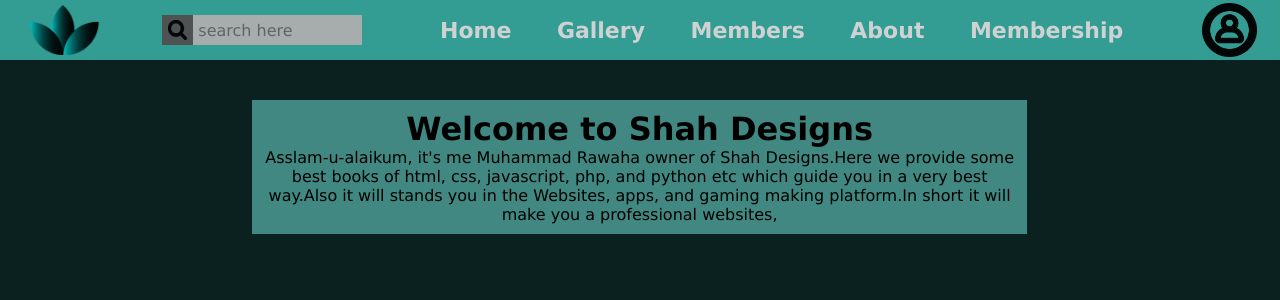
Repository: RawahaMR11/my_assignments
Page: rawaha computer/Shah Designs web/Shah home page.html
The author's editor kept a copy of each file at every save. The page is drawn from the files as they stood at one save, then again after the next save.
The browser window is 1280 px wide. The pictures show the whole page.

Above is the page before, as saved 2024-12-13 07:30:43.

After the next save:
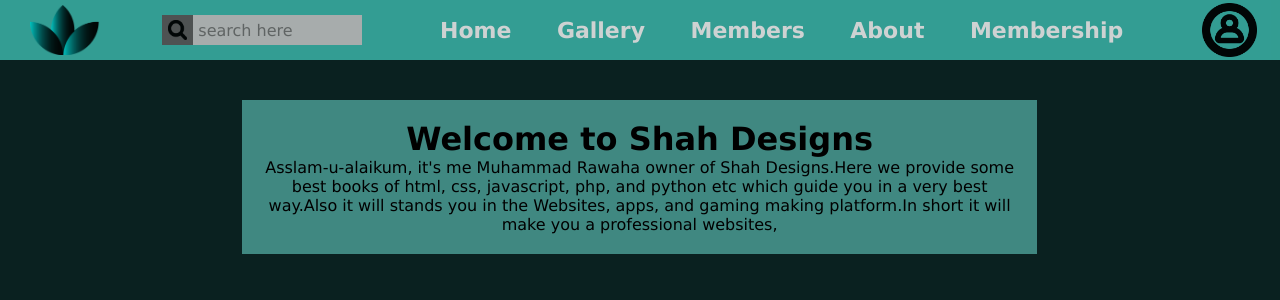
Saved 11 s later.
--- a/rawaha computer/Shah Designs web/Shah home page.css
+++ b/rawaha computer/Shah Designs web/Shah home page.css
@@ -171,7 +171,7 @@ header {
       font-family: Verdana, Geneva, Tahoma, sans-serif;
       font-size: 16px;
       background-color: rgb(64, 136, 129);
-      padding: 10px;
+      padding: 20px;
 }
 #welcome h1 {
       text-align: center;
